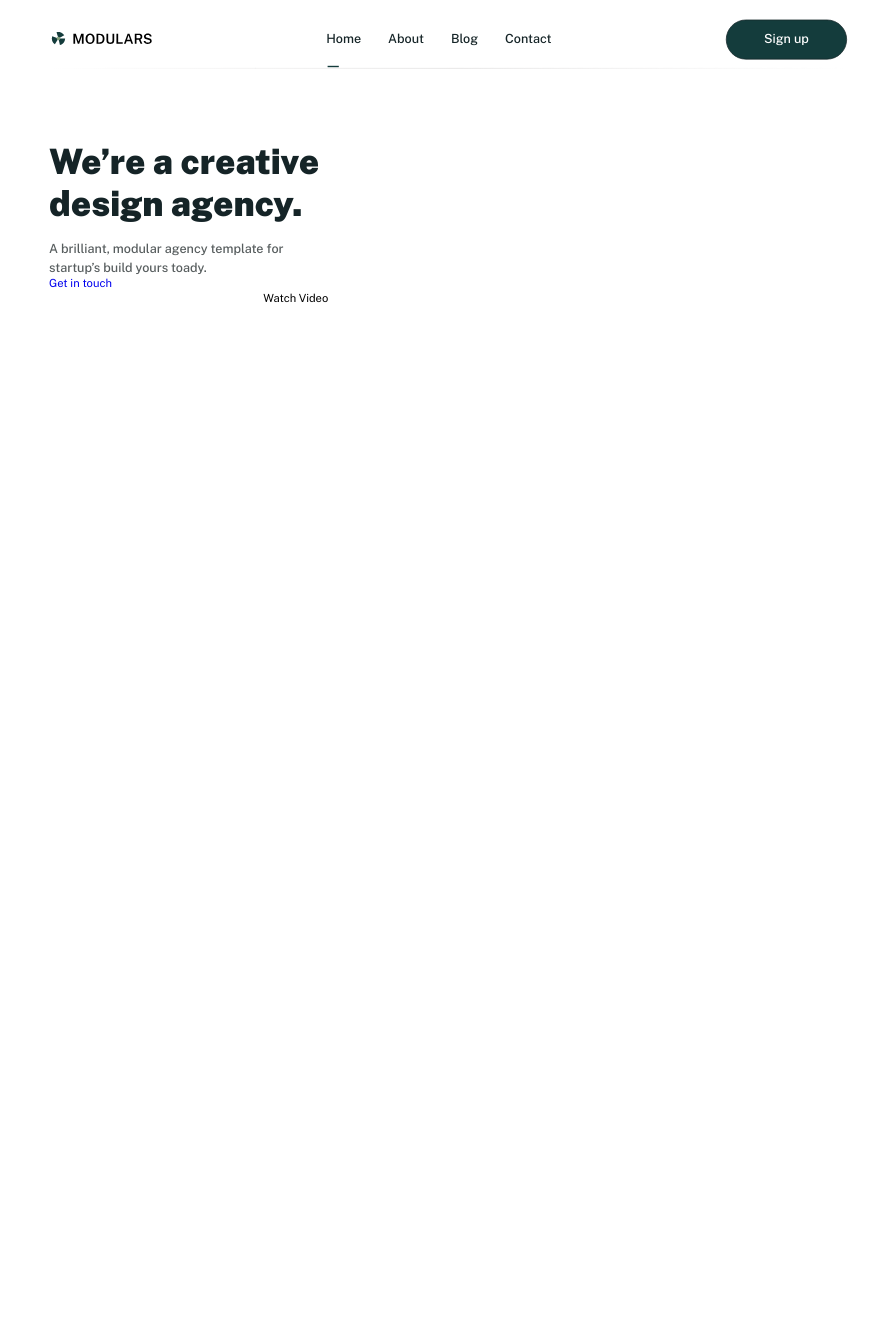
Repository: Learncode-every-day/Project-3.1
Page: index.html
An editor plug-in stored every save of this project. The page is shown before and after the next save, followed by the edit.
The browser window is 1280 px wide. The pictures show the part of the page from y = 0 to 1920 px (the page is 5015 px tall), at 70% of full size.

Above is the page before, as saved 2024-06-22 15:46:06.

After the next save:
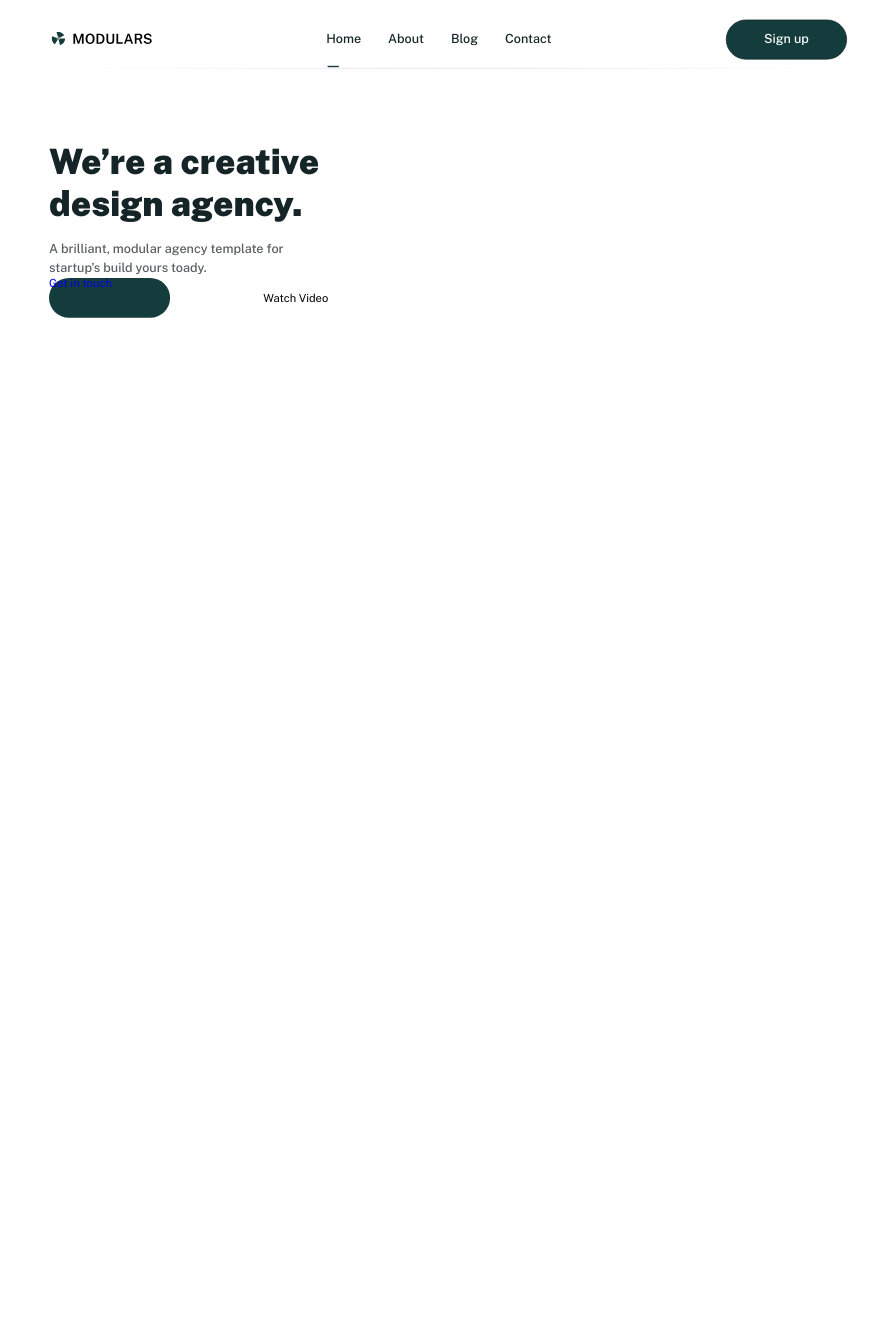
Saved 19 s later.
--- a/assets/css/style.css
+++ b/assets/css/style.css
@@ -57,6 +57,7 @@
     min-width: 173px;
     height: 57px;
     border-radius: 40px;
+    background: var(--bg-color);
 }
 
 /* ===== Header ===== */
